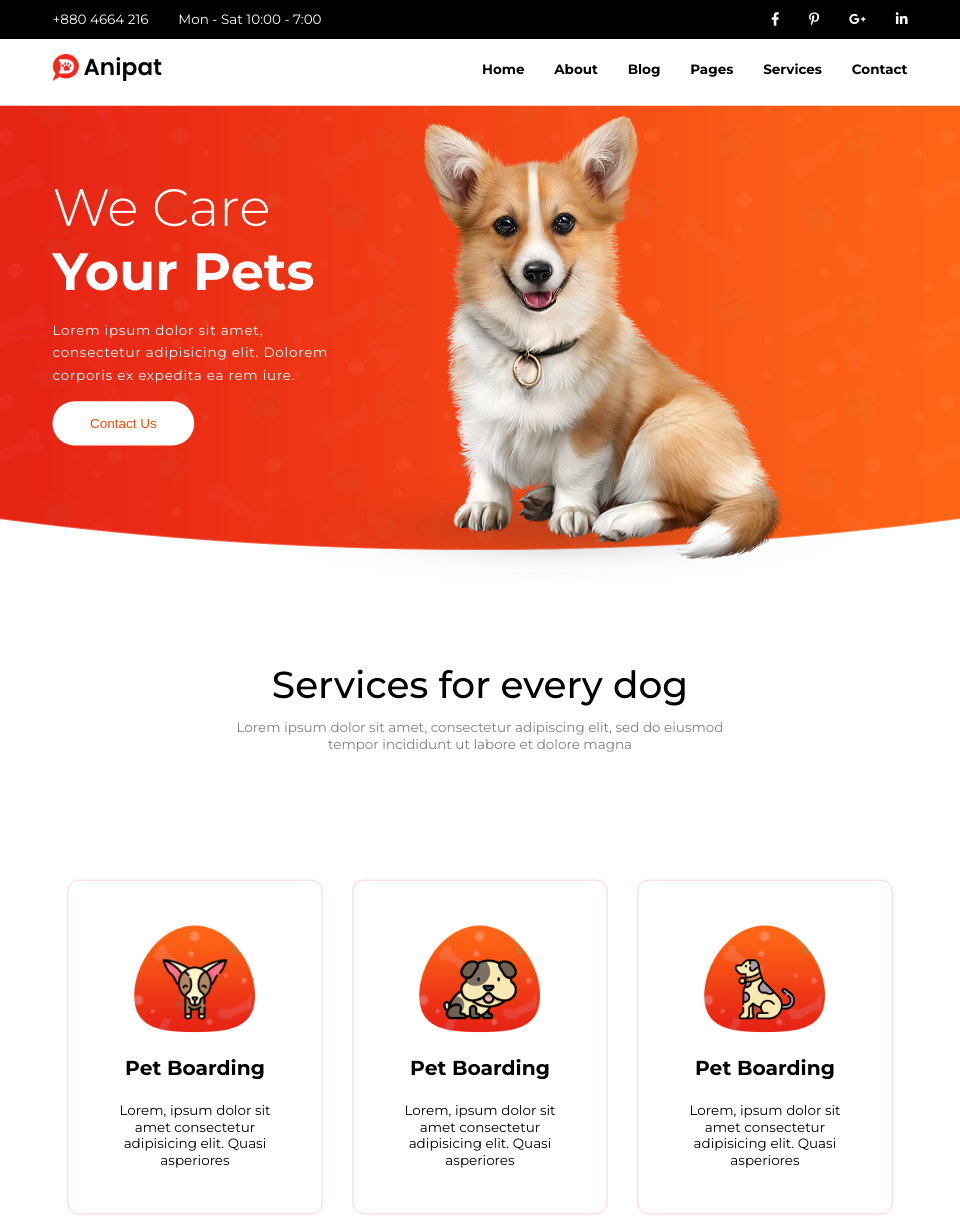
Repository: giahuy405/Day_2_Anipat
Page: index.html
These files come from the project's save history. The page is drawn as it stood at one moment and after the next save; the edit follows.
The browser window is 1280 px wide. The pictures show the whole page, at 75% of full size.

Above is the page before, as saved 2022-09-08 23:26:48.

After the next save:
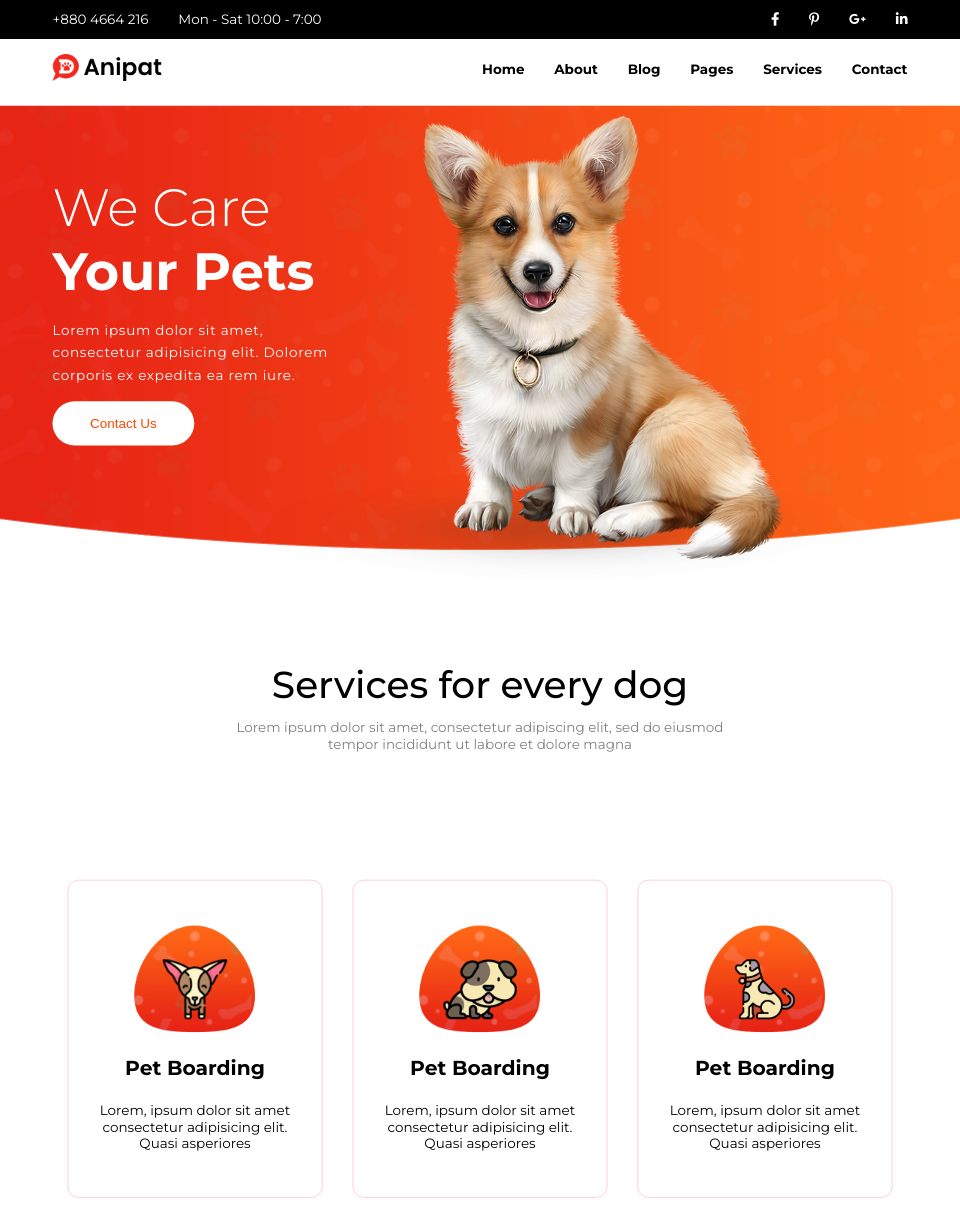
Saved 4 s later.
--- a/css/index.css
+++ b/css/index.css
@@ -150,7 +150,7 @@ html{
 .service__item{
     border: 1px solid pink;
     border-radius: 15px;
-    padding: 60px 45px;
+    padding: 60px 40px;
 }
 .service-card{
     padding: 20px;
